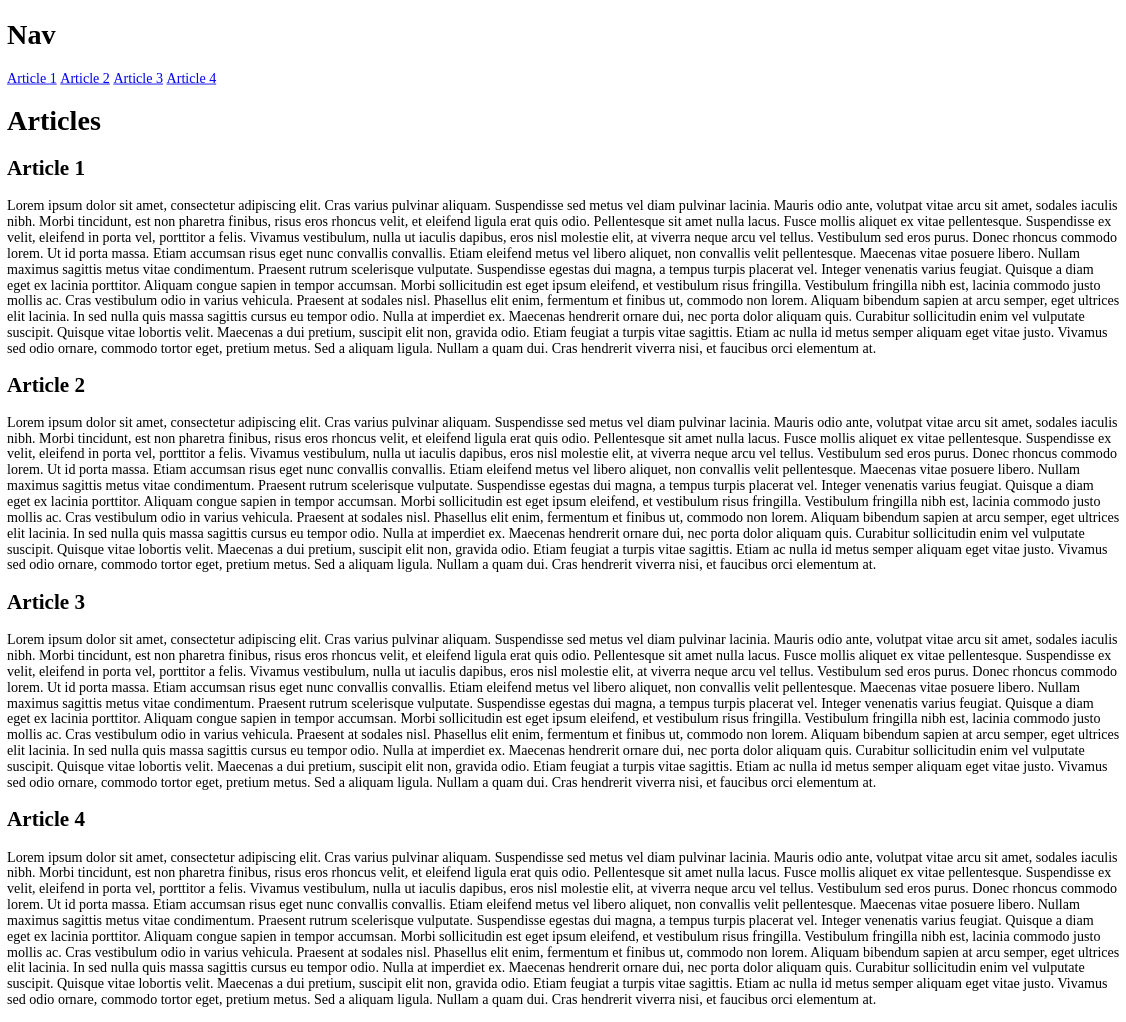
Repository: apopheny/JS230
Page: articleHighlighter.html
An editor plug-in stored every save of this project. The page is shown before and after the next save, followed by the edit.
The browser window is 1280 px wide. The pictures show the whole page, at 88% of full size.
After loading, the first visible `a` was clicked once.

Above is the page before, as saved 2024-02-10 21:02:12.
Console error: TypeError: Cannot read properties of undefined (reading 'add')

### articleHighlighter.html
<!DOCTYPE html>
<html lang="en-US">
  <head>
    <meta charset="utf-8" />
    <link rel="stylesheet" href="articleHighlighter.css" />
    <script src="articleHighlighter.js"></script>
    <title>Bold Element + Custom</title>
  </head>
  <body>
    <header>
      <h1>Nav</h1>
      <ul>
        <li><a href="#article-1">Article 1</a></li>
        <li><a href="#article-2">Article 2</a></li>
        <li><a href="#article-3">Article 3</a></li>
        <li><a href="#article-4">Article 4</a></li>
      </ul>
    </header>
    <main>
      <h1>Articles</h1>
      <article id="article-1">
        <h2>Article 1</h2>
        <p>
          Lorem ipsum dolor sit amet, consectetur adipiscing elit. Cras varius
          pulvinar aliquam. Suspendisse sed metus vel diam pulvinar lacinia.
          Mauris odio ante, volutpat vitae arcu sit amet, sodales iaculis nibh.
          Morbi tincidunt, est non pharetra finibus, risus eros rhoncus velit,
          et eleifend ligula erat quis odio. Pellentesque sit amet nulla lacus.
          Fusce mollis aliquet ex vitae pellentesque. Suspendisse ex velit,
          eleifend in porta vel, porttitor a felis. Vivamus vestibulum, nulla ut
          iaculis dapibus, eros nisl molestie elit, at viverra neque arcu vel
          tellus. Vestibulum sed eros purus. Donec rhoncus commodo lorem. Ut id
          porta massa. Etiam accumsan risus eget nunc convallis convallis. Etiam
          eleifend metus vel libero aliquet, non convallis velit pellentesque.
          Maecenas vitae posuere libero. Nullam maximus sagittis metus vitae
          condimentum. Praesent rutrum scelerisque vulputate. Suspendisse
          egestas dui magna, a tempus turpis placerat vel. Integer venenatis
          varius feugiat. Quisque a diam eget ex lacinia porttitor. Aliquam
          congue sapien in tempor accumsan. Morbi sollicitudin est eget ipsum
          eleifend, et vestibulum risus fringilla. Vestibulum fringilla nibh
          est, lacinia commodo justo mollis ac. Cras vestibulum odio in varius
          vehicula. Praesent at sodales nisl. Phasellus elit enim, fermentum et
          finibus ut, commodo non lorem. Aliquam bibendum sapien at arcu semper,
          eget ultrices elit lacinia. In sed nulla quis massa sagittis cursus eu
          tempor odio. Nulla at imperdiet ex. Maecenas hendrerit ornare dui, nec
          porta dolor aliquam quis. Curabitur sollicitudin enim vel vulputate
          suscipit. Quisque vitae lobortis velit. Maecenas a dui pretium,
          suscipit elit non, gravida odio. Etiam feugiat a turpis vitae
          sagittis. Etiam ac nulla id metus semper aliquam eget vitae justo.
          Vivamus sed odio ornare, commodo tortor eget, pretium metus. Sed a
          aliquam ligula. Nullam a quam dui. Cras hendrerit viverra nisi, et
          faucibus orci elementum at.
        </p>
      </article>
      <article id="article-2">
        <h2>Article 2</h2>
        <p>
          Lorem ipsum dolor sit amet, consectetur adipiscing elit. Cras varius
          pulvinar aliquam. Suspendisse sed metus vel diam pulvinar lacinia.
          Mauris odio ante, volutpat vitae arcu sit amet, sodales iaculis nibh.
          Morbi tincidunt, est non pharetra finibus, risus eros rhoncus velit,
          et eleifend ligula erat quis odio. Pellentesque sit amet nulla lacus.
          Fusce mollis aliquet ex vitae pellentesque. Suspendisse ex velit,
          eleifend in porta vel, porttitor a felis. Vivamus vestibulum, nulla ut
          iaculis dapibus, eros nisl molestie elit, at viverra neque arcu vel
          tellus. Vestibulum sed eros purus. Donec rhoncus commodo lorem. Ut id
          porta massa. Etiam accumsan risus eget nunc convallis convallis. Etiam
          eleifend metus vel libero aliquet, non convallis velit pellentesque.
          Maecenas vitae posuere libero. Nullam maximus sagittis metus vitae
          condimentum. Praesent rutrum scelerisque vulputate. Suspendisse
          egestas dui magna, a tempus turpis placerat vel. Integer venenatis
          varius feugiat. Quisque a diam eget ex lacinia porttitor. Aliquam
          congue sapien in tempor accumsan. Morbi sollicitudin est eget ipsum
          eleifend, et vestibulum risus fringilla. Vestibulum fringilla nibh
          est, lacinia commodo justo mollis ac. Cras vestibulum odio in varius
          vehicula. Praesent at sodales nisl. Phasellus elit enim, fermentum et
          finibus ut, commodo non lorem. Aliquam bibendum sapien at arcu semper,
          eget ultrices elit lacinia. In sed nulla quis massa sagittis cursus eu
          tempor odio. Nulla at imperdiet ex. Maecenas hendrerit ornare dui, nec
          porta dolor aliquam quis. Curabitur sollicitudin enim vel vulputate
          suscipit. Quisque vitae lobortis velit. Maecenas a dui pretium,
          suscipit elit non, gravida odio. Etiam feugiat a turpis vitae
          sagittis. Etiam ac nulla id metus semper aliquam eget vitae justo.
          Vivamus sed odio ornare, commodo tortor eget, pretium metus. Sed a
          aliquam ligula. Nullam a quam dui. Cras hendrerit viverra nisi, et
          faucibus orci elementum at.
        </p>
      </article>
      <article id="article-3">
        <h2>Article 3</h2>
        <p>
          Lorem ipsum dolor sit amet, consectetur adipiscing elit. Cras varius
          pulvinar aliquam. Suspendisse sed metus vel diam pulvinar lacinia.
          Mauris odio ante, volutpat vitae arcu sit amet, sodales iaculis nibh.
          Morbi tincidunt, est non pharetra finibus, risus eros rhoncus velit,
          et eleifend ligula erat quis odio. Pellentesque sit amet nulla lacus.
          Fusce mollis aliquet ex vitae pellentesque. Suspendisse ex velit,
          eleifend in porta vel, porttitor a felis. Vivamus vestibulum, nulla ut
          iaculis dapibus, eros nisl molestie elit, at viverra neque arcu vel
          tellus. Vestibulum sed eros purus. Donec rhoncus commodo lorem. Ut id
          porta massa. Etiam accumsan risus eget nunc convallis convallis. Etiam
          eleifend metus vel libero aliquet, non convallis velit pellentesque.
          Maecenas vitae posuere libero. Nullam maximus sagittis metus vitae
          condimentum. Praesent rutrum scelerisque vulputate. Suspendisse
          egestas dui magna, a tempus turpis placerat vel. Integer venenatis
          varius feugiat. Quisque a diam eget ex lacinia porttitor. Aliquam
          congue sapien in tempor accumsan. Morbi sollicitudin est eget ipsum
          eleifend, et vestibulum risus fringilla. Vestibulum fringilla nibh
          est, lacinia commodo justo mollis ac. Cras vestibulum odio in varius
          vehicula. Praesent at sodales nisl. Phasellus elit enim, fermentum et
          finibus ut, commodo non lorem. Aliquam bibendum sapien at arcu semper,
          eget ultrices elit lacinia. In sed nulla quis massa sagittis cursus eu
          tempor odio. Nulla at imperdiet ex. Maecenas hendrerit ornare dui, nec
          porta dolor aliquam quis. Curabitur sollicitudin enim vel vulputate
          suscipit. Quisque vitae lobortis velit. Maecenas a dui pretium,
          suscipit elit non, gravida odio. Etiam feugiat a turpis vitae
          sagittis. Etiam ac nulla id metus semper aliquam eget vitae justo.
          Vivamus sed odio ornare, commodo tortor eget, pretium metus. Sed a
          aliquam ligula. Nullam a quam dui. Cras hendrerit viverra nisi, et
          faucibus orci elementum at.
        </p>
      </article>
      <article id="article-4">
        <h2>Article 4</h2>
        <p>
          Lorem ipsum dolor sit amet, consectetur adipiscing elit. Cras varius
          pulvinar aliquam. Suspendisse sed metus vel diam pulvinar lacinia.
          Mauris odio ante, volutpat vitae arcu sit amet, sodales iaculis nibh.
          Morbi tincidunt, est non pharetra finibus, risus eros rhoncus velit,
          et eleifend ligula erat quis odio. Pellentesque sit amet nulla lacus.
          Fusce mollis aliquet ex vitae pellentesque. Suspendisse ex velit,
          eleifend in porta vel, porttitor a felis. Vivamus vestibulum, nulla ut
          iaculis dapibus, eros nisl molestie elit, at viverra neque arcu vel
          tellus. Vestibulum sed eros purus. Donec rhoncus commodo lorem. Ut id
          porta massa. Etiam accumsan risus eget nunc convallis convallis. Etiam
          eleifend metus vel libero aliquet, non convallis velit pellentesque.
          Maecenas vitae posuere libero. Nullam maximus sagittis metus vitae
          condimentum. Praesent rutrum scelerisque vulputate. Suspendisse
          egestas dui magna, a tempus turpis placerat vel. Integer venenatis
          varius feugiat. Quisque a diam eget ex lacinia porttitor. Aliquam
          congue sapien in tempor accumsan. Morbi sollicitudin est eget ipsum
          eleifend, et vestibulum risus fringilla. Vestibulum fringilla nibh
          est, lacinia commodo justo mollis ac. Cras vestibulum odio in varius
          vehicula. Praesent at sodales nisl. Phasellus elit enim, fermentum et
          finibus ut, commodo non lorem. Aliquam bibendum sapien at arcu semper,
          eget ultrices elit lacinia. In sed nulla quis massa sagittis cursus eu
          tempor odio. Nulla at imperdiet ex. Maecenas hendrerit ornare dui, nec
          porta dolor aliquam quis. Curabitur sollicitudin enim vel vulputate
          suscipit. Quisque vitae lobortis velit. Maecenas a dui pretium,
          suscipit elit non, gravida odio. Etiam feugiat a turpis vitae
          sagittis. Etiam ac nulla id metus semper aliquam eget vitae justo.
          Vivamus sed odio ornare, commodo tortor eget, pretium metus. Sed a
          aliquam ligula. Nullam a quam dui. Cras hendrerit viverra nisi, et
          faucibus orci elementum at.
        </p>
      </article>
    </main>
  </body>
</html>

### articleHighlighter.css
.highlight {
  border: 1px dotted black;
}

header li {
  display: inline-block;
}

header ul {
  padding: 0;
}

### articleHighlighter.js
document.addEventListener("DOMContentLoaded", () => {
  let articleLinks = [...document.querySelectorAll("ul li a")];

  function scrollTo(event) {
    event.preventDefault();
    let destination = event.target.getAttribute("href");
    console.log(destination);
    destination.classList.add("highlight");
    destination.scrollIntoView({ behavior: "smooth" });
    // console.log(destination);
  }

  articleLinks.forEach((link) => link.addEventListener("click", scrollTo));
});
// a.addEventListener("click", (e) => {
//   e.preventDefault();
//   let destination = e.target.getAttribute("href");
//   console.log(destination);
// });

After the next save:
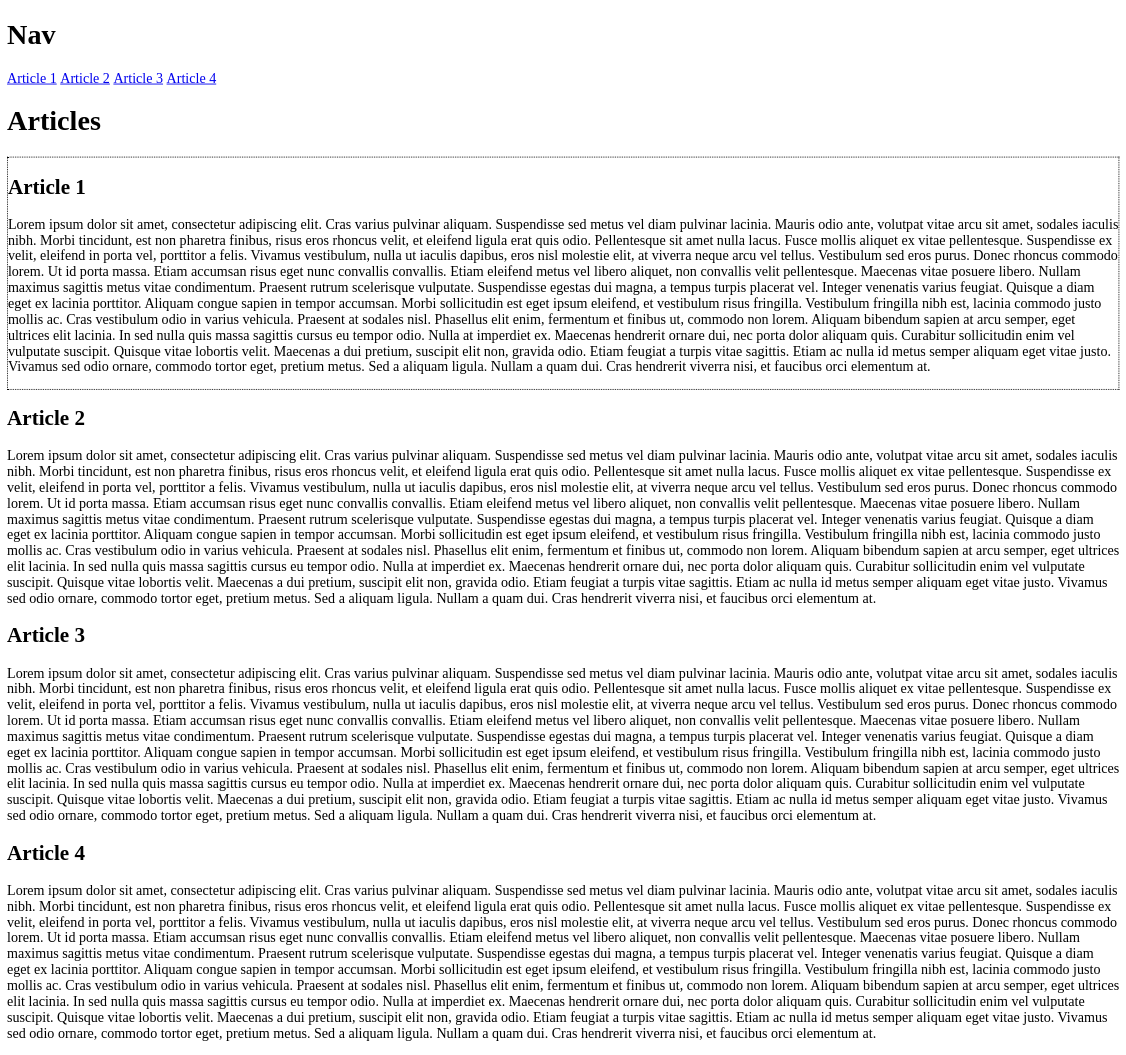
The error is gone.
Saved 28 s later.
--- a/articleHighlighter.js
+++ b/articleHighlighter.js
@@ -3,7 +3,7 @@
 
   function scrollTo(event) {
     event.preventDefault();
-    let destination = event.target.getAttribute("href");
+    let destination = document.querySelector(event.target.getAttribute("href"));
     console.log(destination);
     destination.classList.add("highlight");
     destination.scrollIntoView({ behavior: "smooth" });
